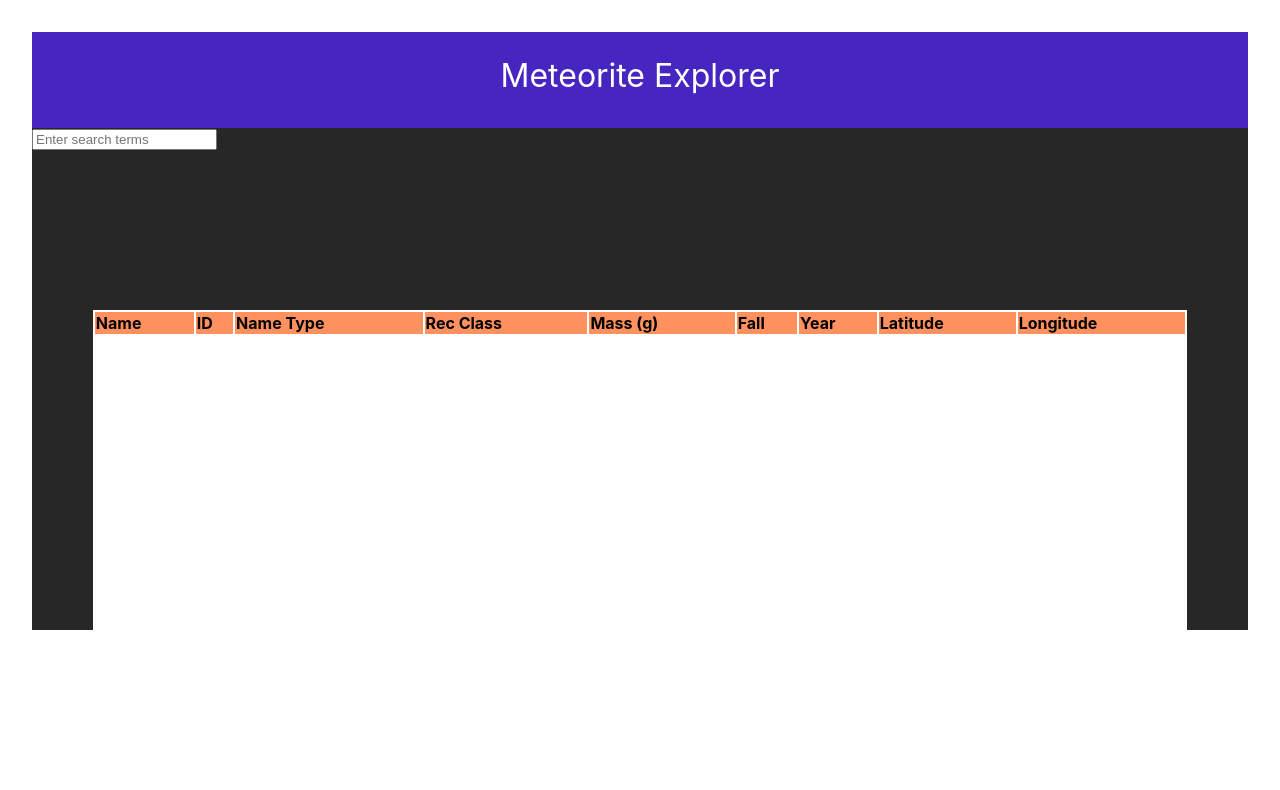
Repository: Tsardines/meteorite-explorer
Page: / (app in meteorite-explorer/)
An editor plug-in stored every save of this project. The page is shown before and after the next save, followed by the edit.
The browser window is 1280 px wide. The pictures show the whole page.
The page's requests for data from a server got no answer. The project was rebuilt for these pictures with package versions that can differ from the ones it lists, and the page was loaded fresh each time. No one was signed in, and anything a server would have sent is missing.

Above is the page before, as saved 2019-05-27 17:06:34.

### meteorite-explorer/src/App.js
import React, { Component } from 'react';
import './App.css';

// import SearchBar from './SearchBar.js';

class App extends Component {
    constructor(props) {
      super(props);

    this.state = {
      items: [],
      value: ''
    };
    this.componentWillMount = this.componentWillMount.bind(this);
  }

  componentWillMount() {
    fetch('https://data.nasa.gov/resource/gh4g-9sfh.json')
    .then(res => res.json())
    .then(data => {
      this.setState({ items: data });
    });
  }

  handleChange = event => {
    const { value } = event.target;
    this.setState({ value });
  };

  render() {

    const { items, value } = this.state;

    return (


      <div className="wrapper">
        <div className="header">Meteorite Explorer</div>

        <input type="text" placeholder="Enter search terms" value={value} onChange={this.handleChange} />

        <table className="my-table">
          <thead>
            <th>Name</th>
            <th>ID</th>
            <th>Name Type</th>
            <th>Rec Class</th>
            <th>Mass (g)</th>
            <th>Fall</th>
            <th>Year</th>
            <th>Latitude</th>
            <th>Longitude</th>
          </thead>

          <tbody>
          { items.map((item, num) => {
            return (
              <tr>
                <td><p key={num}>{item.name}</p></td>
                <td><p key={num}>{item.id}</p></td>
                <td><p key={num}>{item.nametype}</p></td>
                <td><p key={num}>{item.recclass}</p></td>
                <td><p key={num}>{item.mass}</p></td>
                <td><p key={num}>{item.fall}</p></td>
                <td><p key={num}>{item.year}</p></td>
                <td><p key={num}>{item.reclat}</p></td>
                <td><p key={num}>{item.reclong}</p></td>
              </tr>
            )
          })}
          </tbody>
        </table>
      </div>
    )
  } // render

}

export default App;

### meteorite-explorer/src/App.css
body {
  margin: 2rem;
}

.header {
  background-color: rgb(71, 37, 192);
  color: white;
  font-size: 2rem;
  height: 3rem;
  padding: 1.5rem 0;
  text-align: center;
}

.wrapper {
  background-color: rgb(39, 39, 39);
}

.my-table {
  background-color: white;
  height: 20rem;
  margin: 10rem auto;
  overflow-y: scroll;
  width: 90%;
}

tr:nth-child(odd):hover {
  background-color: rgb(143, 143, 143);
}

thead {
  background-color: rgb(255, 145, 94);
  text-align: left;
}

Loaded but not shown: meteorite-explorer/public/index.html (common file); meteorite-explorer/src/index.js (common file); meteorite-explorer/src/index.css (common file); meteorite-explorer/src/serviceWorker.js (common file)

After the next save:
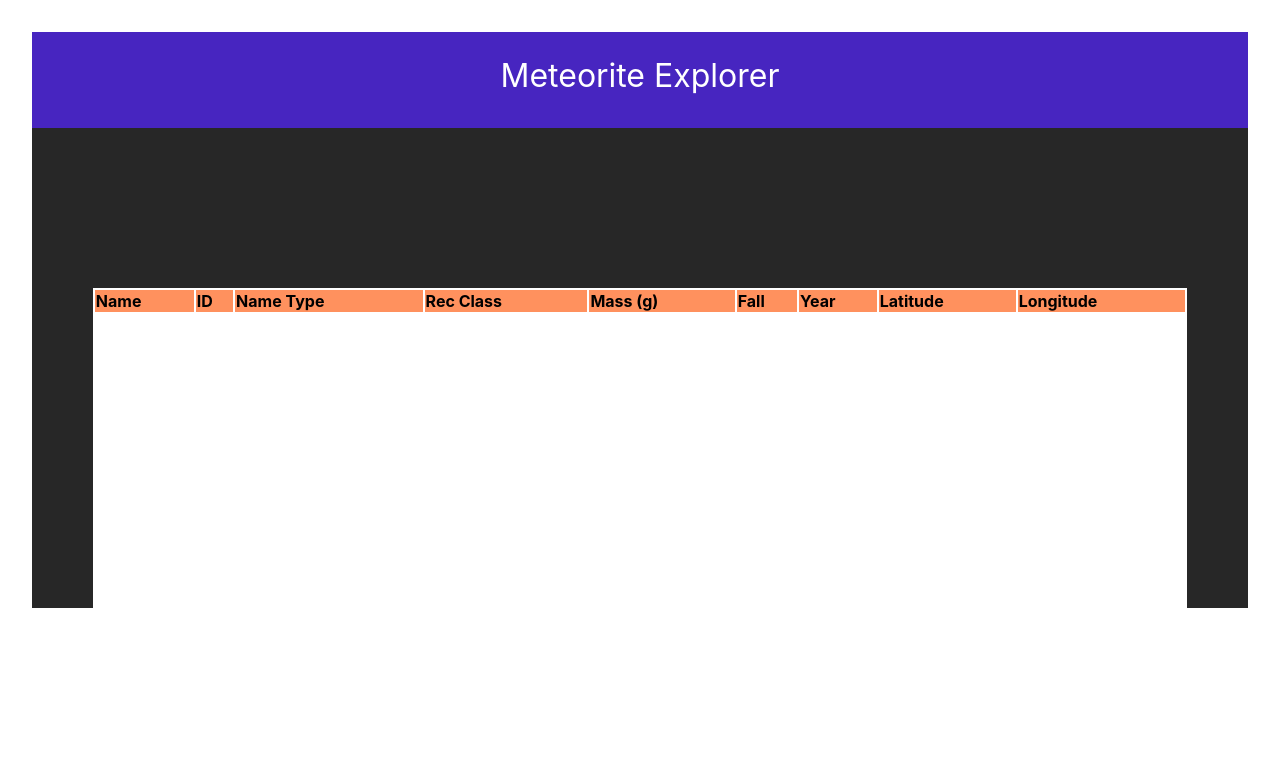
Saved 2 min 4 s later.
--- a/meteorite-explorer/src/App.js
+++ b/meteorite-explorer/src/App.js
@@ -37,7 +37,7 @@ class App extends Component {
       <div className="wrapper">
         <div className="header">Meteorite Explorer</div>
 
-        <input type="text" placeholder="Enter search terms" value={value} onChange={this.handleChange} />
+        {/* <input type="text" placeholder="Enter search terms" value={value} onChange={this.handleChange} /> */}
 
         <table className="my-table">
           <thead>
